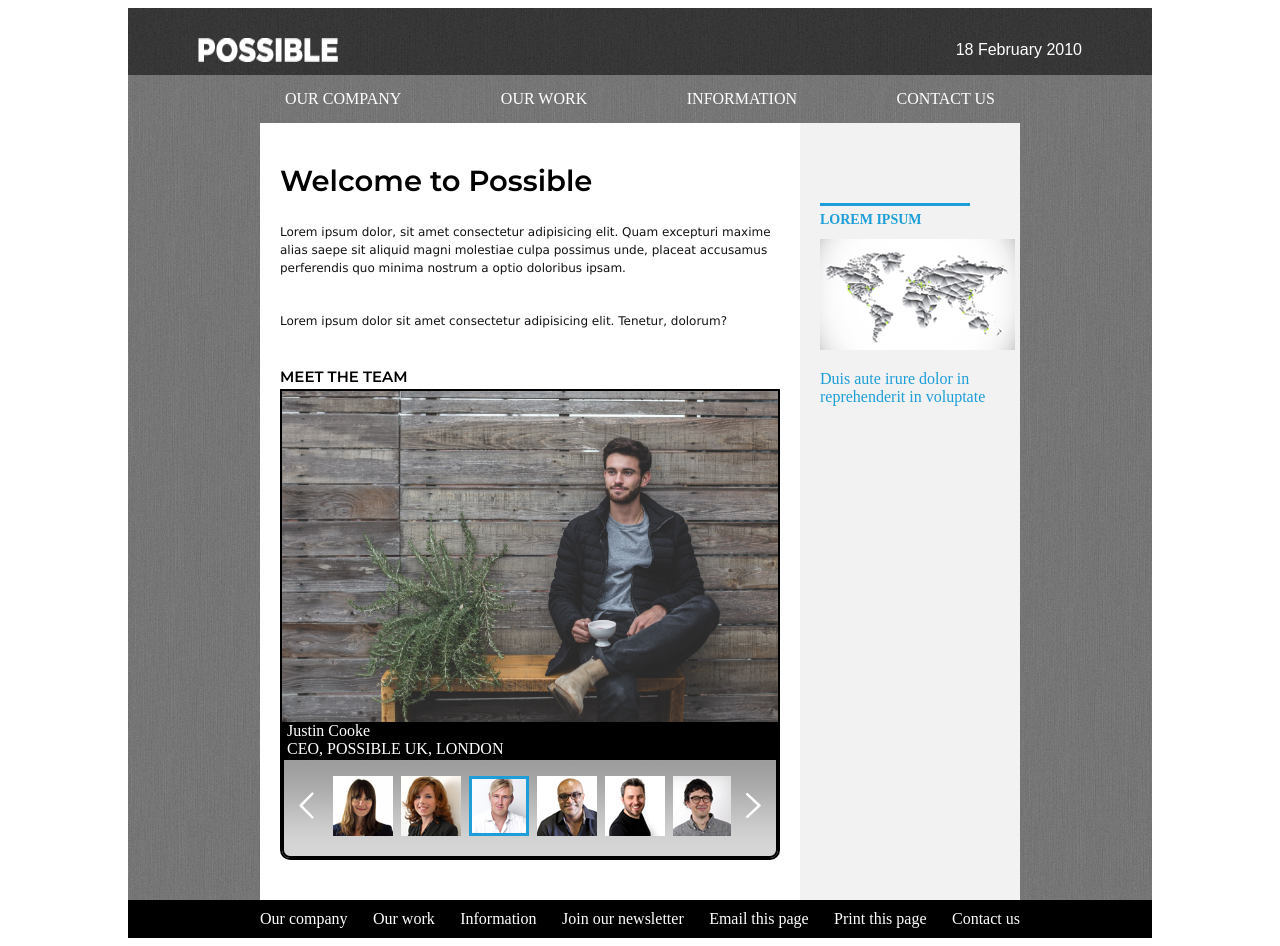
Repository: grzegorzgebala/possible-site
Page: index.html
These files come from the project's save history. The page is drawn as it stood at one moment and after the next save; the edit follows.
The browser window is 1280 px wide. The pictures show the whole page.
The style sheet was rebuilt from its Sass, Less or Tailwind sources for each picture, by a compiler version that may differ from the author's.

Above is the page before, as saved 2020-02-16 17:11:18.

After the next save:
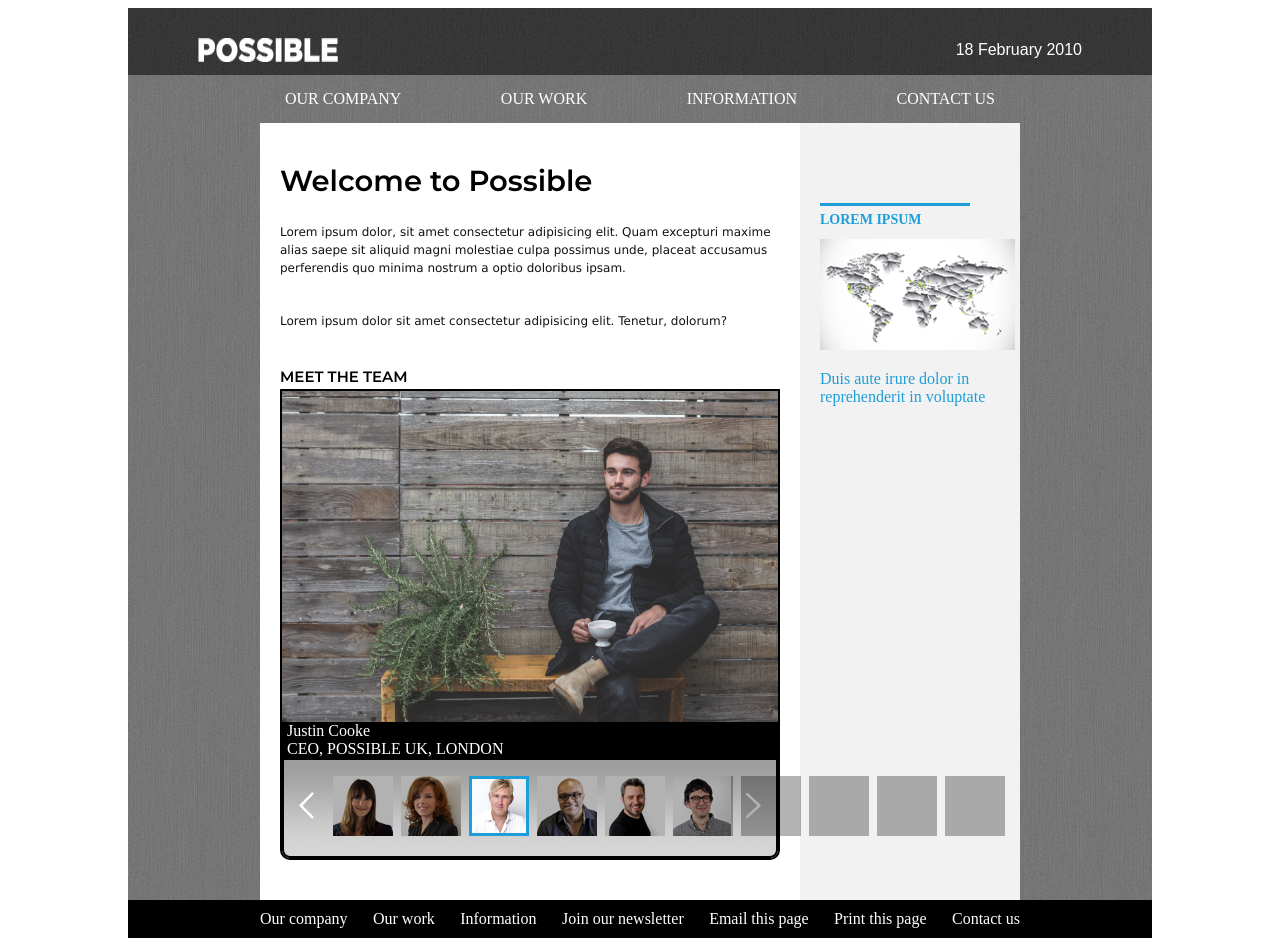
Saved 50 s later.
--- a/sass/style.scss
+++ b/sass/style.scss
@@ -148,12 +148,12 @@ header {
                 }
 
                 .pictureContainer {
-                    // width: 60px;
-                    // height: 60px;
-                    // position: absolute;
-                    // z-index: 1;
-                    // background: black;
-                    // opacity: .3;
+                    width: 60px;
+                    height: 60px;
+                    position: absolute;
+                    z-index: 1;
+                    background: black;
+                    opacity: .3;
                 }
 
                 .activeImg {
